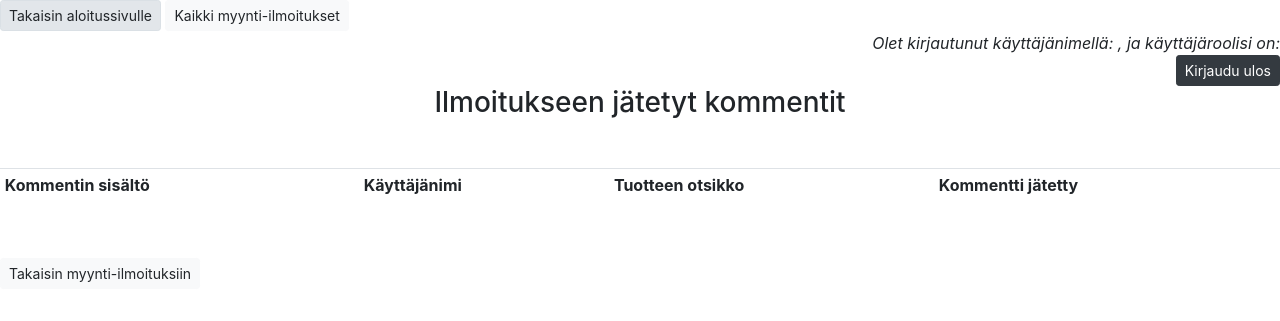
Repository: LiljestromNadja/Backend_s2023_harjoitustyo
Page: http://localhost/articleComments
These files come from the project's save history. The page is drawn as it stood at one moment and after the next save; the edit follows.
The browser window is 1280 px wide. The pictures show the whole page.
The page is this project's Thymeleaf template; nobody is signed in. The template is opened directly, without the code that normally fills it, so the values that code supplies are empty.

Above is the page before, as saved 2023-11-10 18:54:00.

### harkkas23v02/src/main/resources/templates/articleComments.html
<!DOCTYPE HTML>
<html xmlns:th="http://www.thymeleaf.org">
	<head>
	<title>Ilmoitukseen jätetyt kommentit</title>
    <meta http-equiv="Content-Type" content="text/html; charset=UTF-8" />
    <!-- Bootstrap-linkki vaihdettu tähän 04-10-2023 -->
	<link rel="stylesheet" href="https://cdn.jsdelivr.net/npm/bootstrap@4.0.0/dist/css/bootstrap.min.css" integrity="sha384-Gn5384xqQ1aoWXA+058RXPxPg6fy4IWvTNh0E263XmFcJlSAwiGgFAW/dAiS6JXm" crossorigin="anonymous"> <!-- Lisättiin tyyli, bootstrap 4.0 -->
	<!-- Lisättiin tyyli, bootstrap 4.0 -->
	</head>
	<body>
		<div>
			<a href="/index"><button class="text-left btn btn-light btn-sm">Takaisin aloitussivulle</button></a>
			<a href="/articlelist"><button class="text-left btn btn-light btn-sm">Kaikki myynti-ilmoitukset</button></a>
		</div>

		<div class="text-right">
			<i>Olet kirjautunut käyttäjänimellä: <b sec:authentication="name"></b>,
				ja käyttäjäroolisi on: <b sec:authentication="principal.authorities"></b></i>

			<br>
			<form class="text-right" th:action="@{/logout}" method="post">
				<input type="submit" value="Kirjaudu ulos" class="btn btn-sm btn-dark" />
			</form>

		</div>

		<h3 style="text-align: center">Ilmoitukseen jätetyt kommentit</h3>

		<div style="clear: both; display: block; height: 40px;"></div>
		<table class="table table-hover table-sm">
			<tr>
				<th>Kommentin sisältö</th> <!-- th == tableHeader -->
	<!-- 		<th>User</th>  -->
				<th>Käyttäjänimi</th>
	<!--  		<th>Book id</th> -->
				<th>Tuotteen otsikko</th>
	<!--  		<th>Danger zone</th> -->
				<th>Kommentti jätetty</th>

			</tr>
			<tr th:each="comment : ${comments}">
				<td th:text="${comment.commentmessage}"></td>
	<!--  	 	<td th:text="${comment?.applicationuser?.id}"></td> -->
		 		<td th:text="${comment?.applicationuser?.username}"></td>
	<!--		<td type="hidden" th:text="${comment?.article?.id}"></td> -->

				<td th:text="${comment?.article?.title}"></td>
				<td th:text="${comment.commentcreated}"></td>

			</tr>
		</table>

		<div style="clear: both; display: block; height: 40px;"></div>
		<a href="/articlelist"><button class="text-left btn btn-light btn-sm">Takaisin myynti-ilmoituksiin</button></a>

		<!-- USER tai ADMIN voi lisätä kommentin. Linkki osoittaa endpointiin addCommentByBookId,
		 josta kommentti liitetään kirjaan, jonka kommentit yläpuolella tällä sivulla listataan-->
		<a sec:authorize="hasAuthority('ADMIN') or hasAuthority('USER')"  th:href="@{addComment/}">
			<button class="text-left btn btn-dark btn-sm">Kommentoi ilmoitusta</button>
		</a>

	</body>
</html>

After the next save:
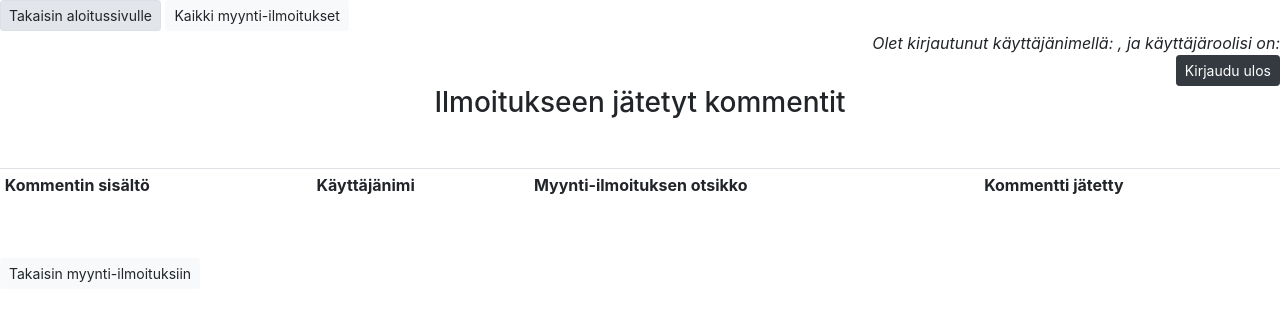
Saved 83 s later.
--- a/harkkas23v02/src/main/resources/templates/articleComments.html
+++ b/harkkas23v02/src/main/resources/templates/articleComments.html
@@ -33,7 +33,7 @@
 	<!-- 		<th>User</th>  -->
 				<th>Käyttäjänimi</th>
 	<!--  		<th>Book id</th> -->
-				<th>Tuotteen otsikko</th>
+				<th>Myynti-ilmoituksen otsikko</th>
 	<!--  		<th>Danger zone</th> -->
 				<th>Kommentti jätetty</th>
 
